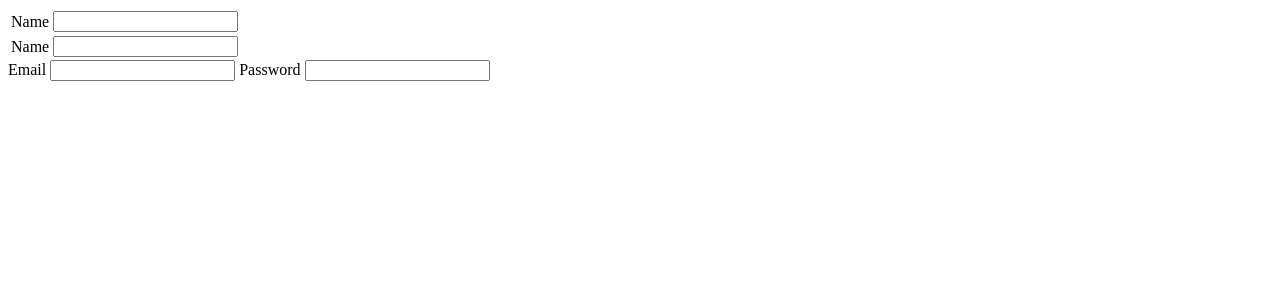
Repository: obusakthi539/Loginform
Page: Login.html
The author's editor kept a copy of each file at every save. The page is drawn from the files as they stood at one save, then again after the next save.
The browser window is 1280 px wide. The pictures show the whole page.

Above is the page before, as saved 2025-01-10 17:29:48.

After the next save:
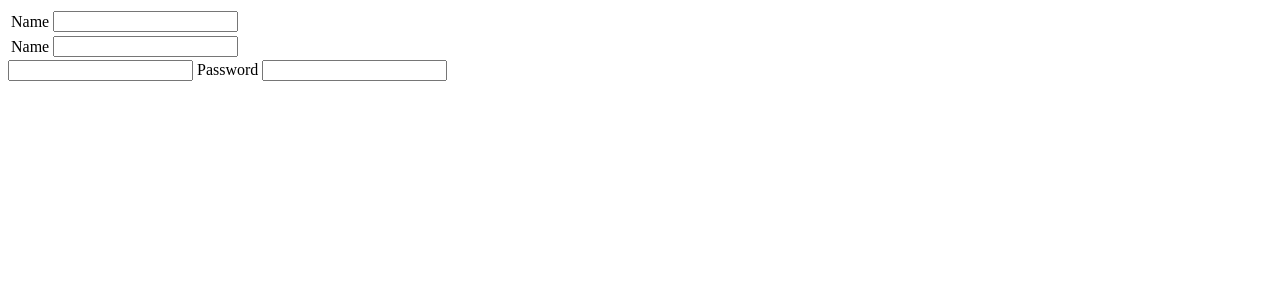
Saved 5 s later.
--- a/Login.html
+++ b/Login.html
@@ -20,7 +20,7 @@
         </table>
 
 
-        <label for="">Email</label>
+
         <input type="text">
         <label for="">Password</label>
         <input type="text">
